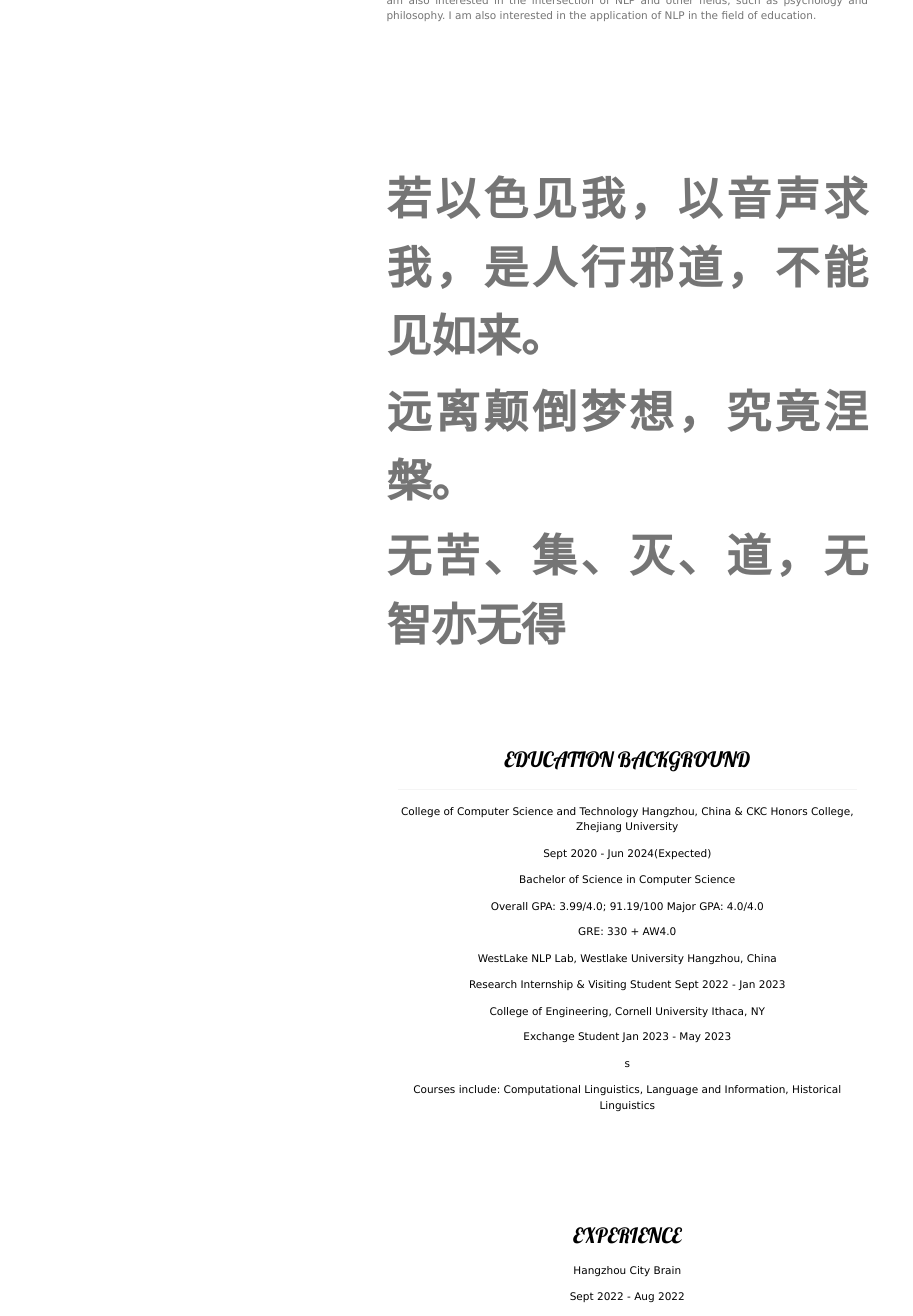
Repository: Ej-zhou/ej-zhou.github.io
Page: index.html
An editor plug-in stored every save of this project. The page is shown before and after a run of saves, followed by the edit.
The browser window is 1280 px wide. The page is 1304 px wide, so the pictures cover 1304 px, including what lies to the right of the window. The pictures show the part of the page from y = 726 to 2606 px (the page is 6786 px tall before and 6276 px after), at 70% of full size.
Some web fonts or font styles are not loaded; a fallback is used.

Above is the page before, as saved 2023-08-12 15:14:56.

After the next 2 saves:
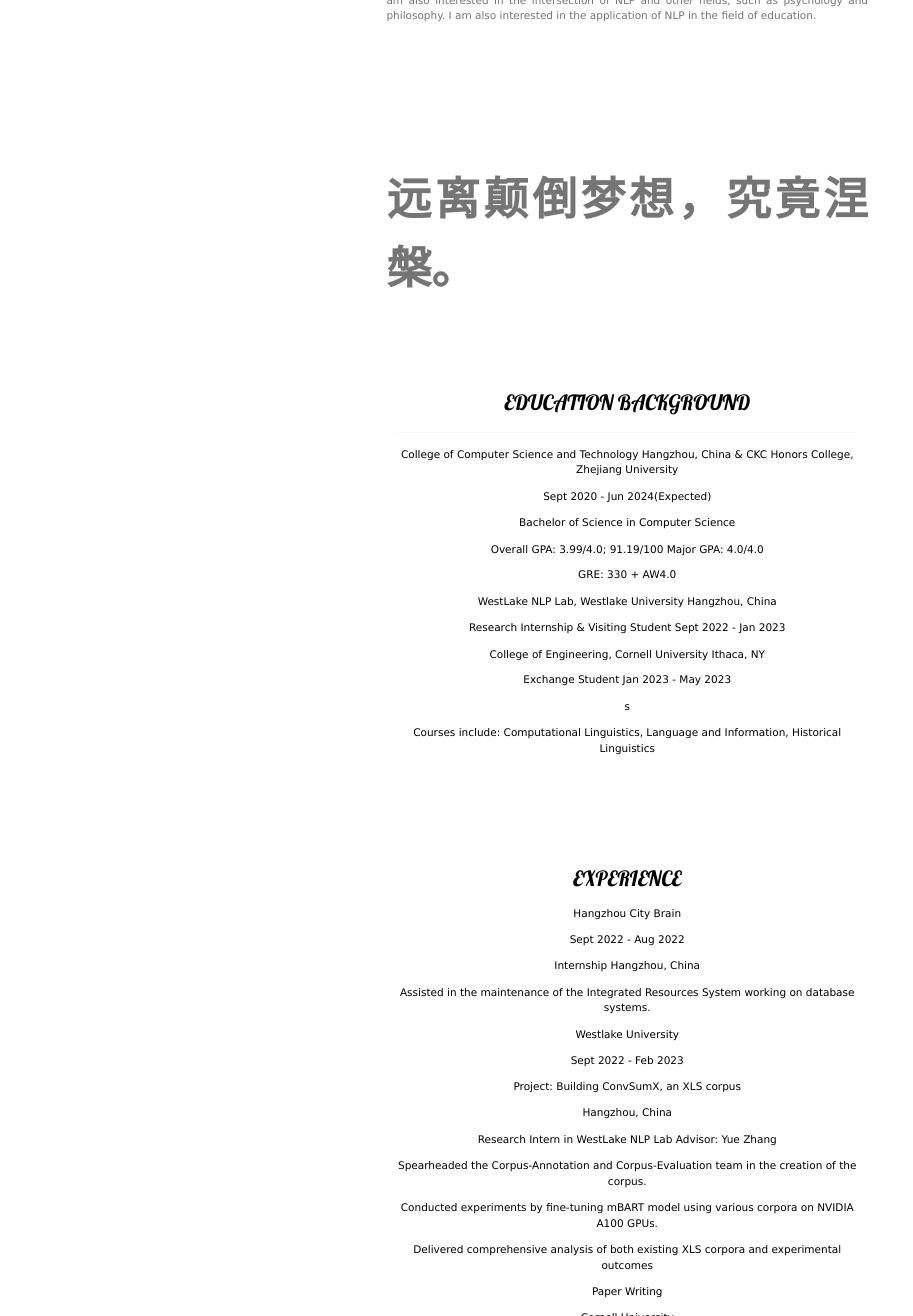
The 2 saves are shown as one change because they came seconds apart.
The last was saved 2 min 7 s later.
--- a/index.html
+++ b/index.html
@@ -333,9 +333,9 @@
   <div class="w3-container w3-padding-64 w3-center"> -->
 
 <br><br><br><br>
-<h1 class="w3-jumbo">
+<!-- <h1 class="w3-jumbo">
     <b> <span class="chinese">若以色见我，以音声求我，是人行邪道，不能见如来。</span>           </b>
-</h1>
+</h1> -->
 
 <!-- <h1 class="w3-jumbo">
     <b> <span class="chinese">凡所有相，皆是虚妄。<br> 若见诸相非相，即见如来。</span>           </b>
@@ -345,10 +345,10 @@
     <b> <span class="chinese">远离颠倒梦想，究竟涅槃。</span>           </b>
 </h1>
 
-
+<!--
 <h1 class="w3-jumbo">
     <b> <span class="chinese">无苦、集、灭、道，无智亦无得</span>           </b>
-</h1>
+</h1>  -->
 
 
 <p>
